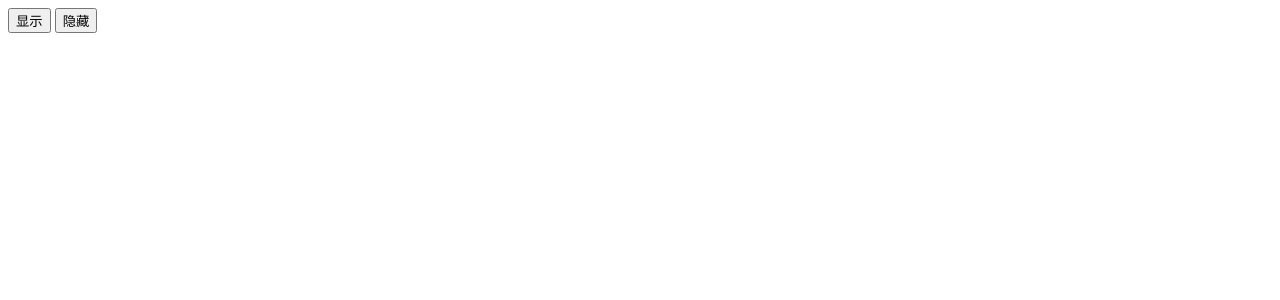
Repository: jsjchai/springmvc_study
Page: springmvc/jquery/jquery_Test/WebContent/jqueryTest15.html
These files come from the project's save history. The page is drawn as it stood at one moment and after the next save; the edit follows.
The browser window is 1280 px wide. The pictures show the whole page.

Above is the page before, as saved 2015-04-06 12:13:30.

After the next save:
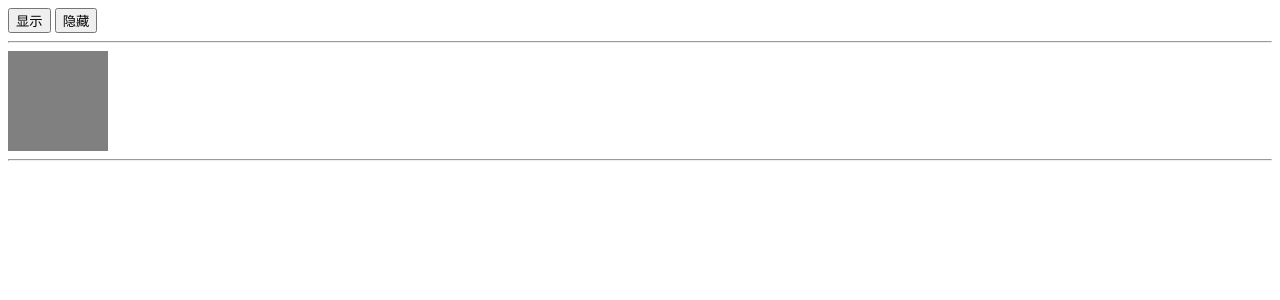
Saved 75 s later.
--- a/springmvc/jquery/jquery_Test/WebContent/jqueryTest15.html
+++ b/springmvc/jquery/jquery_Test/WebContent/jqueryTest15.html
@@ -21,6 +21,8 @@
 <body>
 	<input type="button" value="显示" id="b1">
 	<input type="button" value="隐藏" id="b2">
-
+	<hr>
+	<div id="d1" style="width: 100px;height: 100px;background-color: gray;"></div>
+	<hr>
 </body>
 </html>
